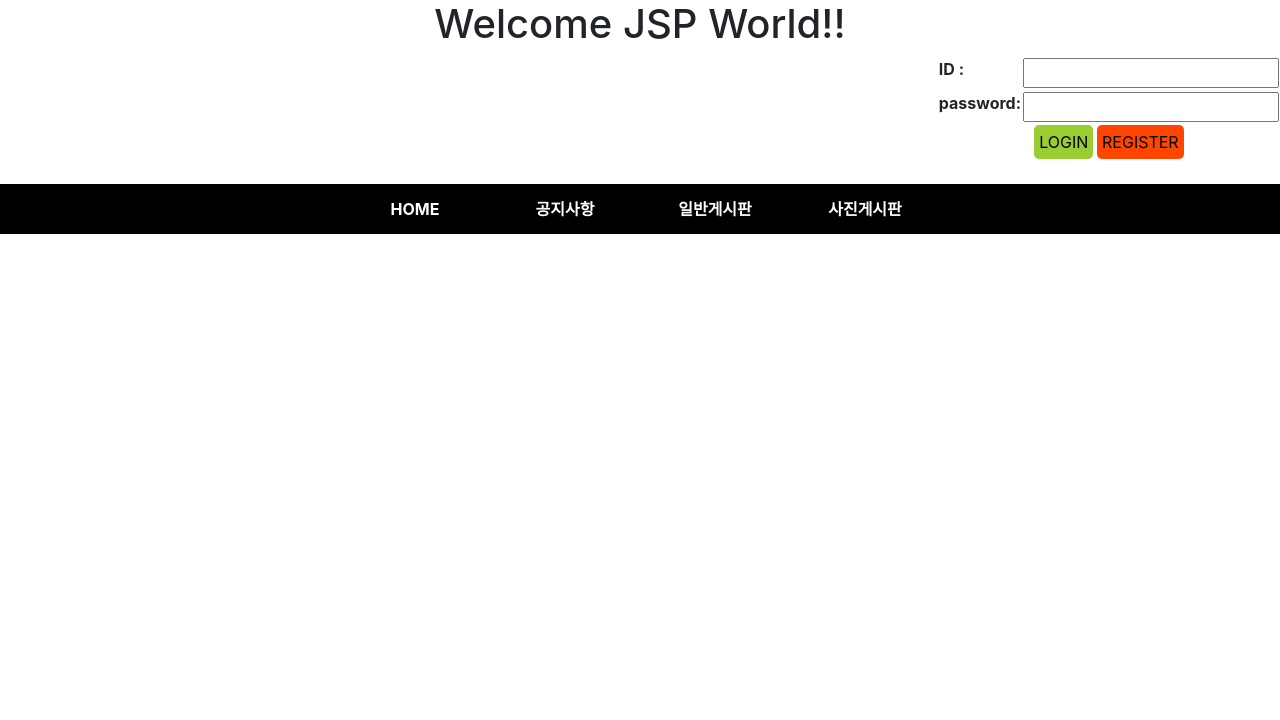
Repository: BrianH29/BH_webserver_workspace2
Page: http://localhost/jspProject/views/board/boardDetailView.jsp
These files come from the project's save history. The page is drawn as it stood at one moment and after the next save; the edit follows.
The browser window is 1280 px wide. The pictures show the whole page.
The page is served by Tomcat 9. Other server files are loaded and not shown.

Above is the page before, as saved 2020-09-15 04:50:04.

### jspProject/WebContent/views/board/boardDetailView.jsp
<%@ page language="java" contentType="text/html; charset=UTF-8"
    pageEncoding="UTF-8"%>
<!DOCTYPE html>
<html>
<head>
<meta charset="UTF-8">
<title>Insert title here</title>
</head>
<body>
	<%@include file="../common/menubar.jsp" %>
</body>
</html>

### jspProject/WebContent/views/common/menubar.jsp
<%@ page language="java" contentType="text/html; charset=UTF-8"
	pageEncoding="UTF-8"%>
<%@page import="com.kh.member.model.vo.Member" %>
<%
	String contextPath = request.getContextPath();

	Member loginUser = (Member)session.getAttribute("loginUser");
	// 로그인 전 : null
	// 로그인 후 : 로그인 성공한 회원정보들이 담겨있는 객체

	String alertMsg = (String)session.getAttribute("alertMsg");
	// > 서비스 요청 전: null
	// > 서비스 요청 성공 후 : alert띄어줄 메시지 문구
%>
<!DOCTYPE html>
<html>
<head>
<meta charset="UTF-8">
<title>Insert title here</title>
<style>
#loginForm, #userInfo {
	float: right;
}

#loginForm button {
	border: none;
	padding: 5px;
	border-radius: 5px;
}

#loginForm button:first-child {
	background: yellowgreen;
}

#loginForm button:last-child {
	background: orangered;
}

#userInfo a {
	color: black;
	text-decoration: none;
	font-size: 12px;
}

.navWrap {
	background: black;
}

.menu {
	display: table-cell;
	height: 50px;
	width: 150px;
}

.menu a {
	text-decoration: none;
	color: white;
	font-weight: bold;
	font-size: 16px;
	display: block;
	width: 100%;
	height: 100%;
	line-height: 50px;
}

.menu a:hover{text-decoration:none; color:white;}
.menu:hover {
	background: darkgrey;
}
</style>
<link rel="stylesheet" href="https://maxcdn.bootstrapcdn.com/bootstrap/4.5.2/css/bootstrap.min.css">
    <script src="https://ajax.googleapis.com/ajax/libs/jquery/3.5.1/jquery.min.js"></script>
    <script src="https://cdnjs.cloudflare.com/ajax/libs/popper.js/1.16.0/umd/popper.min.js"></script>
    <script src="https://maxcdn.bootstrapcdn.com/bootstrap/4.5.2/js/bootstrap.min.js"></script>

<script>
	$(function(){
		var msg = "<%= alertMsg %>"; //자바스크립트 변수

		if(msg != "null"){ // msg가 담겨있을 경우
			alert(msg);
			//알람창 띄어준 후에 session에 담긴 메세지 지워야됨
			//안그러면 menubar.jsp가 포함되어있는 페이지 열때마나다 alert 계속뜰거임
			<% session.removeAttribute("alertMsg"); %>
		}
	});//e.function
</script>
</head>
<body>
	<h1 align="center">Welcome JSP World!!</h1>

	<div class="loginArea">

		<% if(loginUser == null) { %>

		<!-- 1. 로그인 전에 보여지는 로그인 form -->
		<form id="loginForm" action="<%=request.getContextPath() %>/login.me" method="post">
			<table>
				<tr>
					<th><label for="userId">ID : </label></th>
					<td><input type="text" id="userId" name="userId" required></td>
				</tr>
				<tr>
					<th><label for="userPwd">password:</label></th>
					<td><input type="password" id="userPwd" name="userPwd"
						required></td>
				</tr>
				<tr>
					<th colspan="2" style="text-align:center;">
						<button type="submit">LOGIN</button>
						<button type="button" onclick="enrollPage();">REGISTER</button>
					</th>
				</tr>
			</table>
		</form>
		<script>
			function enrollPage(){
				//location.href="/jsp/views/member/memberEnrollForm.jsp";
				// 웹 어플리케이션의 디렉토리 구조가 url에 노출되면 보안에 위험

				// 단순한 정적인 페이지 이동이라고 해도 반드시 servlet 거쳐갈것!! => url에	 서블릿 매핑값만 노출됨!
				location.href="<%=request.getContextPath()%>/enrollForm.me";

			}
		</script>
		<%} else { %>
		<!-- 2.로그인 성공 후 보여지는 div-->
        <div id="userInfo">
            <b><%=loginUser.getUserName() %>님</b>의 방문을 환영합니다. <br><br>

            <div align="center">
                <a href="<%= contextPath %>/myPage.me">MyPage</a>
                <a href="<%=request.getContextPath() %>/logout.me">Logout</a>
            </div>
        </div>
		<%} %>

	</div> <!-- e.loginArea -->

	<br clear="both">
	<!-- 위 내용들 무시-->
	<br>

	<div class="navWrap" align="center">
		<div class="menu">
			<a href="<%= contextPath%>">HOME</a>
		</div>
		<div class="menu">
			<a href="<%= contextPath %>/list.no">공지사항</a>
		</div>
		<div class="menu">
			<a href="<%= contextPath%>/list.bo?currentPage=1">일반게시판</a>
		</div>
		<div class="menu">
			<a href="<%=contextPath%>/list.th">사진게시판</a>
		</div>
	</div>
</body>
</html>

After the next save:
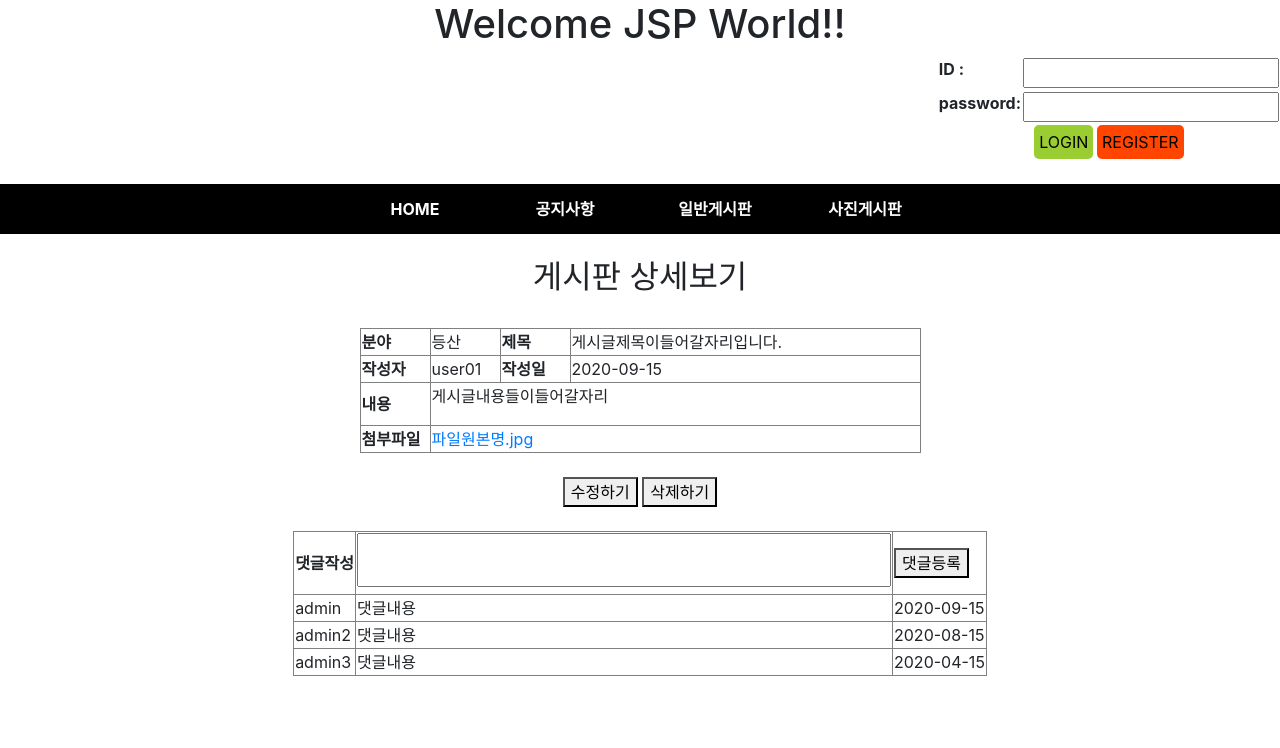
Saved 12 s later.
--- a/jspProject/WebContent/views/board/boardDetailView.jsp
+++ b/jspProject/WebContent/views/board/boardDetailView.jsp
@@ -8,5 +8,88 @@
 </head>
 <body>
 	<%@include file="../common/menubar.jsp" %>
+
+	<div class="outer">
+      <br />
+      <h2 align="center">게시판 상세보기</h2>
+      <br />
+
+      <table id="detailArea" align="center" border="1">
+        <tr>
+          <th width="70">분야</th>
+          <td width="70">등산</td>
+          <!--카테고리명-->
+          <th width="70">제목</th>
+          <td width="350">게시글제목이들어갈자리입니다.</td>
+        </tr>
+        <tr>
+          <th>작성자</th>
+          <td>user01</td>
+          <!--작성자아이디-->
+          <th>작성일</th>
+          <td>2020-09-15</td>
+          <!--작성일-->
+        </tr>
+        <tr>
+          <th>내용</th>
+          <td colspan="3">
+            <p>게시글내용들이들어갈자리</p>
+            <!--게시글내용-->
+          </td>
+        </tr>
+        <tr>
+          <th>첨부파일</th>
+          <td colspan="3">
+            <!--첨부파일이 없을 경우-->
+            <!-- 첨부파일이 없습니다. -->
+
+            <!--첨부파일이 있을 경우-->
+            <a href="jsp/resources/board_upfiles/파일수정명.jpg"
+              >파일원본명.jpg</a
+            >
+          </td>
+        </tr>
+      </table>
+
+      <br />
+
+      <!-- 로그인한 사용자가 게시글작성자일 경우-->
+      <div align="center">
+        <button>수정하기</button>
+        <button>삭제하기</button>
+      </div>
+      <br />
+      <div id="replyArea">
+        <table border="1" align="center">
+          <thead>
+            <tr>
+              <th>댓글작성</th>
+              <td>
+                <textarea cols="50" row="3" style="resize: none"></textarea>
+              </td>
+              <td><button>댓글등록</button></td>
+            </tr>
+          </thead>
+          <tbody>
+            <tr>
+              <td>admin</td>
+              <td>댓글내용</td>
+              <td>2020-09-15</td>
+            </tr>
+            <tr>
+              <td>admin2</td>
+              <td>댓글내용</td>
+              <td>2020-08-15</td>
+            </tr>
+            <tr>
+              <td>admin3</td>
+              <td>댓글내용</td>
+              <td>2020-04-15</td>
+            </tr>
+          </tbody>
+        </table>
+        <br /><br /><br />
+      </div>
+    </div>
 </body>
 </html>
